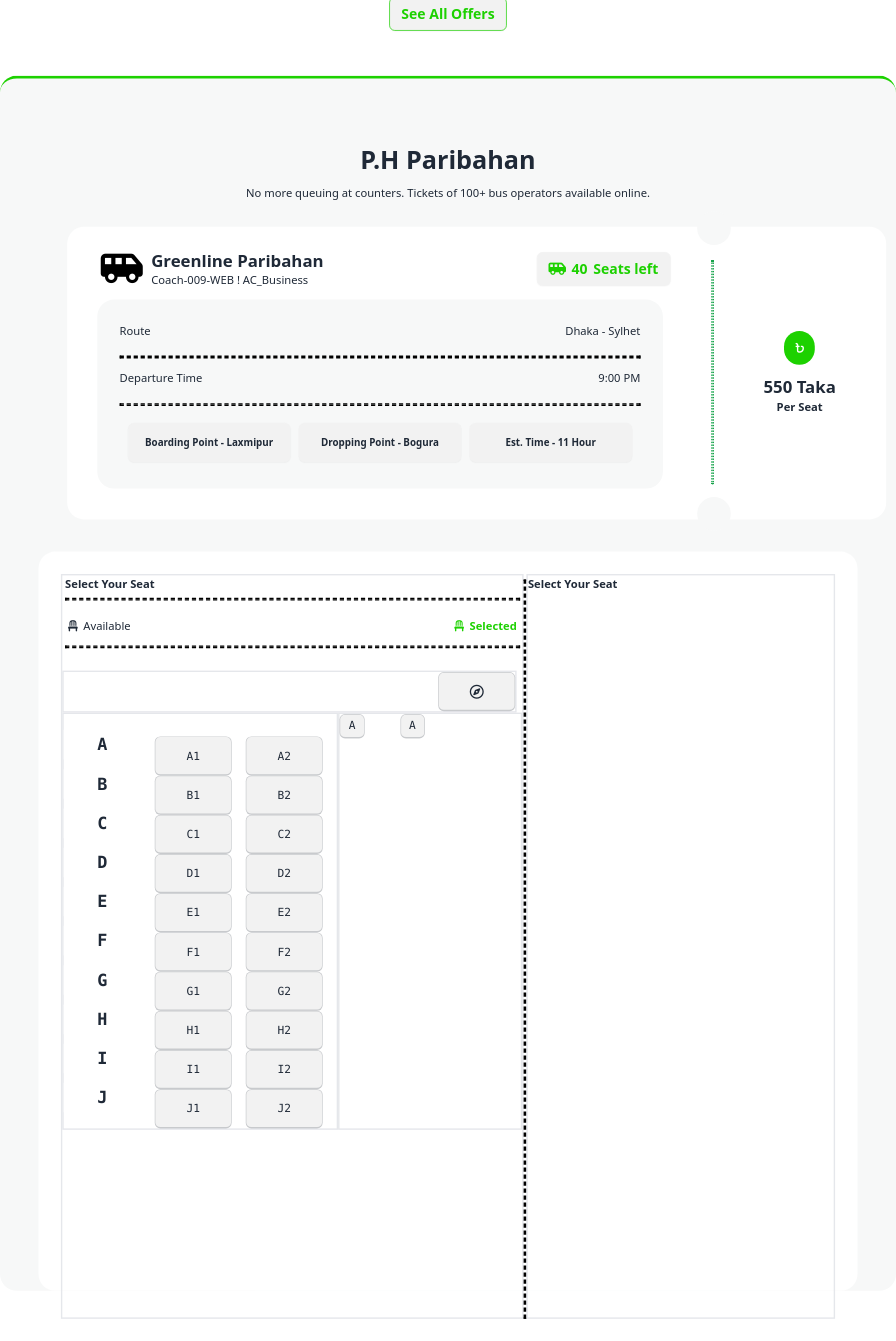
Repository: RudrasahaDibos/Smart-ticketing
Page: index.html
The author's editor kept a copy of each file at every save. The page is drawn from the files as they stood at one save, then again after a run of saves.
The browser window is 1280 px wide. The pictures show the part of the page from y = 1210 to 3130 px (the page is 3126 px tall before and 3130 px after), at 70% of full size.
Some web fonts or font styles are not loaded; a fallback is used. Some web libraries are served in a nearby version.

Above is the page before, as saved 2024-11-10 13:35:47.

After the next 4 saves:
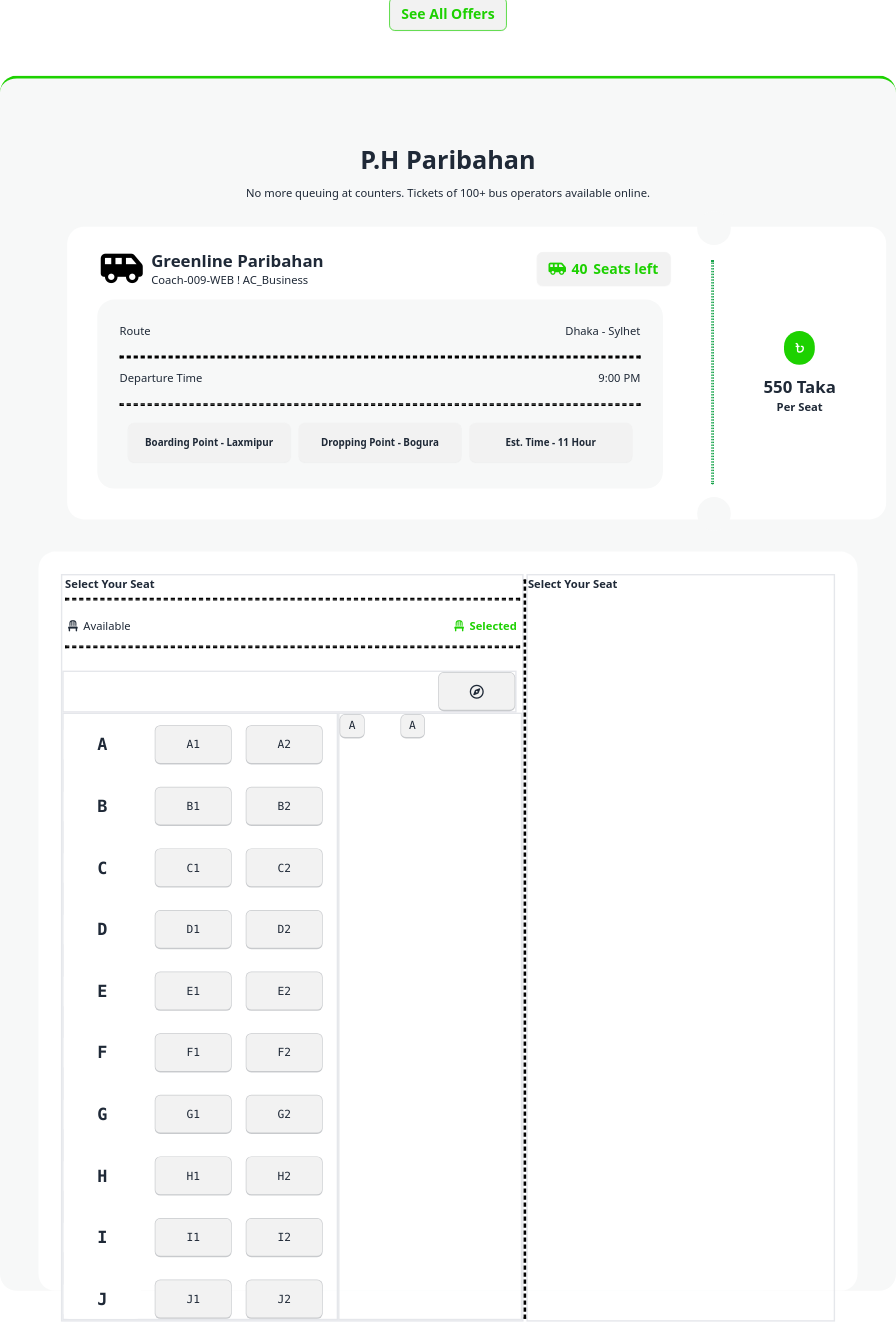
The 4 saves are shown as one change because they came seconds apart.
The last was saved 18 s later.
--- a/index.html
+++ b/index.html
@@ -337,8 +337,8 @@
                     <!-- seat  start here-->
                      <div class="flex  justify-between">
                           <!-- seat is with door start -->
-                          <div class="grid grid-cols-3 border-2 w-3/5 space-y-8">
-                                  <div class="mx-auto mt-4">
+                          <div class="grid grid-cols-3 border-2 w-3/5 ">
+                                  <div class="mx-auto mt-4 space-y-8">
                                     <kbd class="kbd  w-[110px] h-[56px] bg-[#ffffff]  border-none font-bold text-2xl">A</kbd>
                                     <kbd class="kbd  w-[110px] h-[56px]  bg-[#ffffff] border-none font-bold text-2xl">B</kbd>
                                     <kbd class="kbd  w-[110px] h-[56px]  bg-[#ffffff] border-none font-bold text-2xl">C</kbd>
@@ -351,7 +351,7 @@
                                     <kbd class="kbd  w-[110px] h-[56px]  bg-[#ffffff] border-none font-bold text-2xl">J</kbd>
                                   </div>
 
-                                  <div class="mt-4">
+                                  <div class="mt-4 space-y-8">
                                     <kbd class="kbd w-[110px] h-[56px] ">A1</kbd>
                                     <kbd class="kbd w-[110px] h-[56px] ">B1</kbd>
                                     <kbd class="kbd w-[110px] h-[56px] ">C1</kbd>
@@ -364,7 +364,7 @@
                                     <kbd class="kbd w-[110px] h-[56px] ">J1</kbd>
                                   </div>
 
-                                  <div class="mt-4">
+                                  <div class="mt-4 space-y-8">
                                     <kbd class="kbd w-[110px] h-[56px] ">A2</kbd>
                                     <kbd class="kbd w-[110px] h-[56px] ">B2</kbd>
                                     <kbd class="kbd w-[110px] h-[56px] ">C2</kbd>
